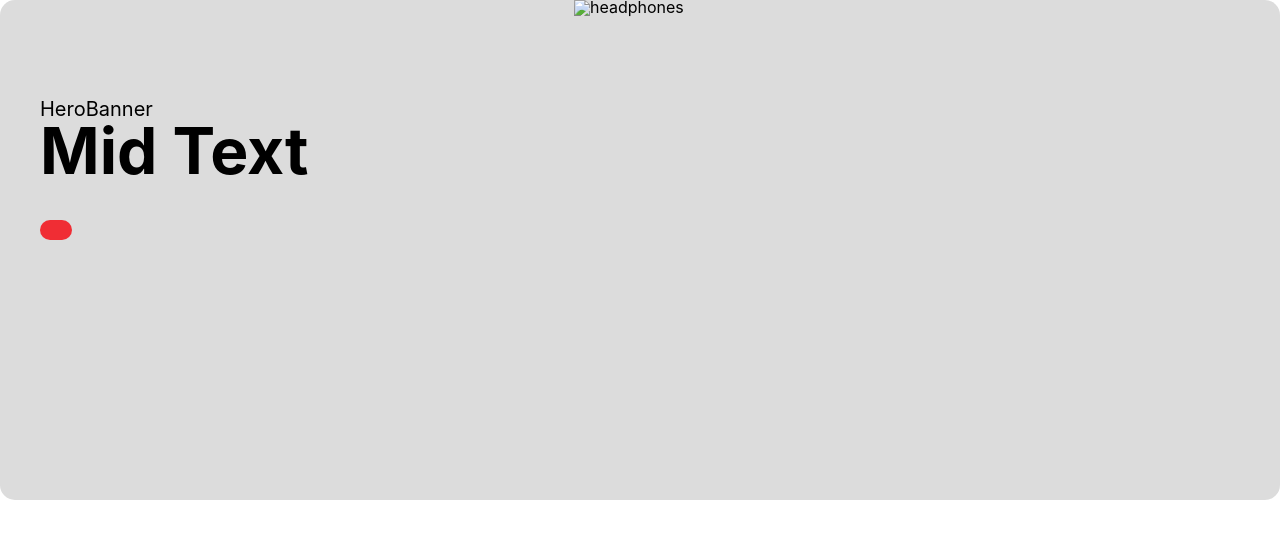
Repository: brandford7/myshop
Page: /components/HeroBanner
These files come from the project's save history. The page is drawn as it stood at one moment and after a run of saves; the edit follows.
The browser window is 1280 px wide. The pictures show the whole page.
The project was rebuilt for these pictures with package versions that can differ from the ones it lists, and the page was loaded fresh each time. The framework's server and built-in components were replaced by stand-ins that run in the browser. Also part of the build but not shown: next.config.js.

Above is the page before, as saved 2022-06-27 16:57:15.

### pages/components/HeroBanner.jsx
import Link from 'next/link'

const HeroBanner = () => {
  return (
    <>
      <div className="hero-banner-container">
        <div>
          <p className="beats-solo">HeroBanner</p>
              </div>
              <h3>Mid Text</h3>
              <img src='' alt='headphones' className='hero-banner-image' />
              <Link  href='/product/id '><button type='button' className=''></button></Link>
      </div>
    </>
  );
};

export default HeroBanner;

Loaded but not shown: pages/_app.js (common file); styles/globals.css (common file)

After the next 2 saves:
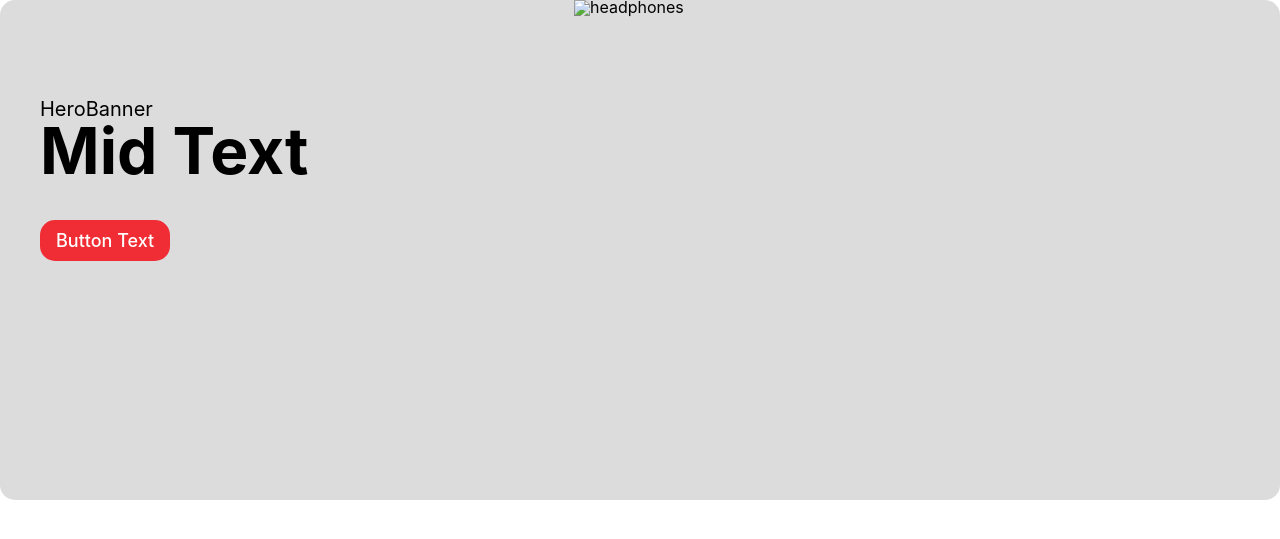
The 2 saves are shown as one change because they came seconds apart.
The last was saved 26 s later.
--- a/pages/components/HeroBanner.jsx
+++ b/pages/components/HeroBanner.jsx
@@ -1,4 +1,4 @@
-import Link from 'next/link'
+import Link from "next/link";
 
 const HeroBanner = () => {
   return (
@@ -6,10 +6,14 @@ const HeroBanner = () => {
       <div className="hero-banner-container">
         <div>
           <p className="beats-solo">HeroBanner</p>
-              </div>
-              <h3>Mid Text</h3>
-              <img src='' alt='headphones' className='hero-banner-image' />
-              <Link  href='/product/id '><button type='button' className=''></button></Link>
+        </div>
+        <h3>Mid Text</h3>
+        <img src="" alt="headphones" className="hero-banner-image" />
+        <Link href="/product/id ">
+          <button type="button" className="">
+            Button Text
+          </button>
+        </Link>
       </div>
     </>
   );
